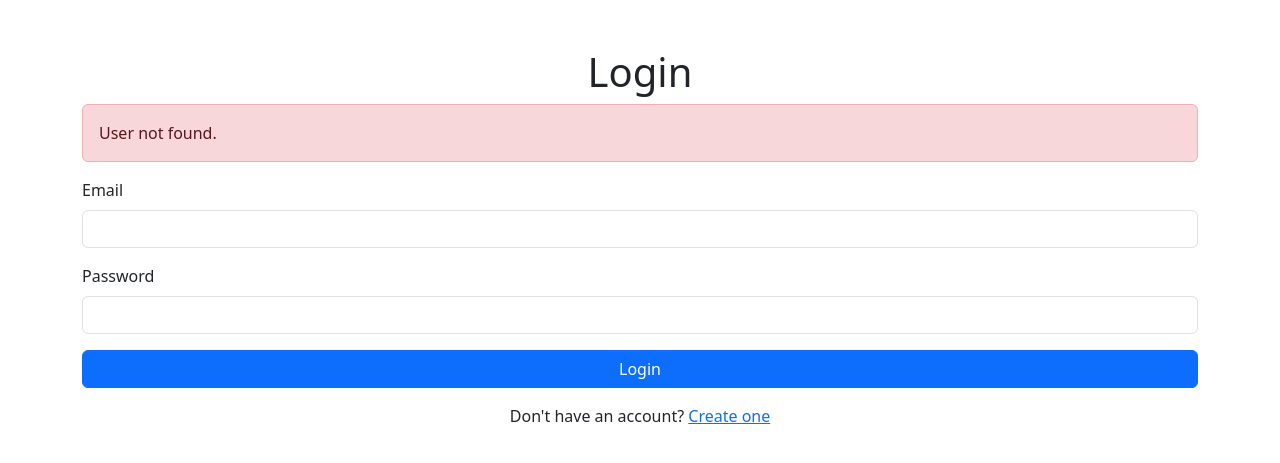
Repository: Abdulahi338/Book-management-system
Page: http://localhost/book/login.php
An editor plug-in stored every save of this project. The page is shown before and after the next save, followed by the edit.
The browser window is 1280 px wide. The pictures show the whole page.
The page is run by PHP 8.4 with error messages shown; the project is at /var/www/html/.

Above is the page before, as saved 2024-08-22 18:42:05.

### login.php
<?php
session_start();
include "conn.php"; // Include your database connection
$error = ""; // Initialize error variable

if (isset($_POST['Login'])) {
    $email = $_POST['email'];
    $password = $_POST['password'];
    $id='';

    // Fetch the user from the database
    $sql = $conn->Query("SELECT * FROM users WHERE email = ?");
    if($sql){
    $result = $sql->get_result();
    $user = $result->fetch_assoc();
    $id = $user['id'];
  }

// Fetch the role of the user
        $sql2 = $conn->Query("SELECT role_name FROM roles WHERE user_id =$id");
        if($sql2){
            $roleResult = $sql2->get_result();
            $role_name = $role['role_name'];
        }
         // Verify the password
        if (password_verify($password, $user['password'])) {
            // Set session variables
            $_SESSION['user_id'] = $user['id'];
            $_SESSION['email'] = $user['email'];
            $_SESSION['role'] = $role_name;

            // Redirect to dashboard
            header("Location: index.php");
            exit();
        } else {
            $error = "Invalid password.";
        }
    } else {
        $error = "User not found.";
    }

?>

<!DOCTYPE html>
<html lang="en">
<head>
    <meta charset="UTF-8">
    <meta name="viewport" content="width=device-width, initial-scale=1.0">
    <title>Login</title>
    <link rel="stylesheet" href="https://cdn.jsdelivr.net/npm/bootstrap@5.3.0/dist/css/bootstrap.min.css">
</head>
<body>
<div class="container mt-5">
    <h1 class="text-center">Login</h1>
    <?php if ($error): ?>
        <div class="alert alert-danger"><?php echo $error; ?></div>
    <?php endif; ?>
    <form method="POST" action="">
        <div class="mb-3">
            <label for="email" class="form-label">Email</label>
            <input type="email" class="form-control" id="email" name="email" required>
        </div>
        <div class="mb-3">
            <label for="password" class="form-label">Password</label>
            <input type="password" class="form-control" id="password" name="password" required>
        </div>
        <button type="submit" name="Login" class="btn btn-primary w-100">Login</button>
        <p class="mt-3 text-center">Don't have an account? <a href="register.php">Create one</a></p>
    </form>
</div>
<script src="https://cdn.jsdelivr.net/npm/bootstrap@5.3.0/dist/js/bootstrap.bundle.min.js"></script>
</body>
</html>

### conn.php
<?php

$conn = new mysqli("localhost", "root", "", "libray1");

// Check connection
if ($conn->connect_error) {
    die("Connection failed: " . $conn->connect_error);
}

?>

After the next save:
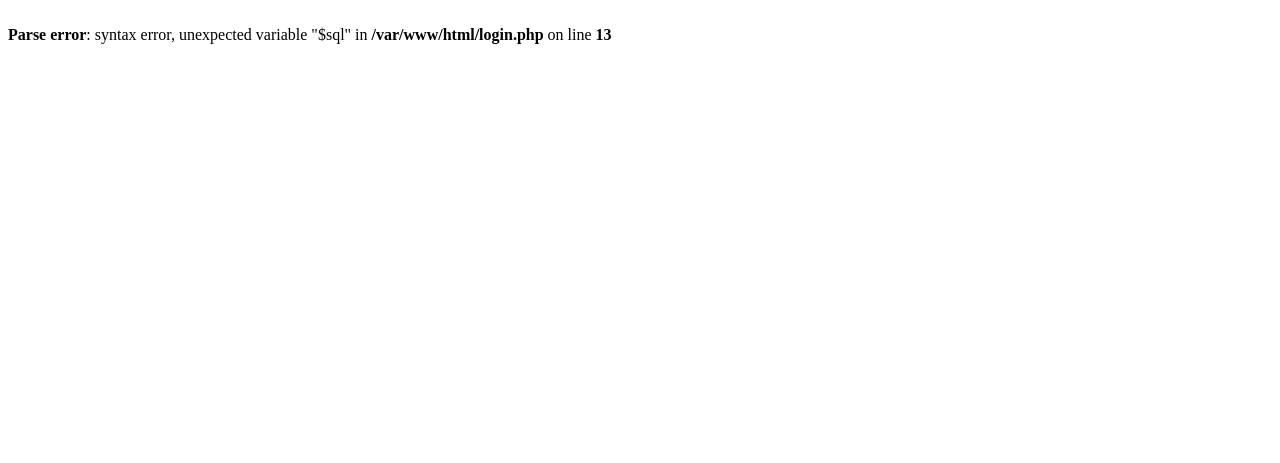
Saved 10 s later.
--- a/login.php
+++ b/login.php
@@ -7,6 +7,7 @@
     $email = $_POST['email'];
     $password = $_POST['password'];
     $id='';
+    $role_name
 
     // Fetch the user from the database
     $sql = $conn->Query("SELECT * FROM users WHERE email = ?");

After the save that followed:
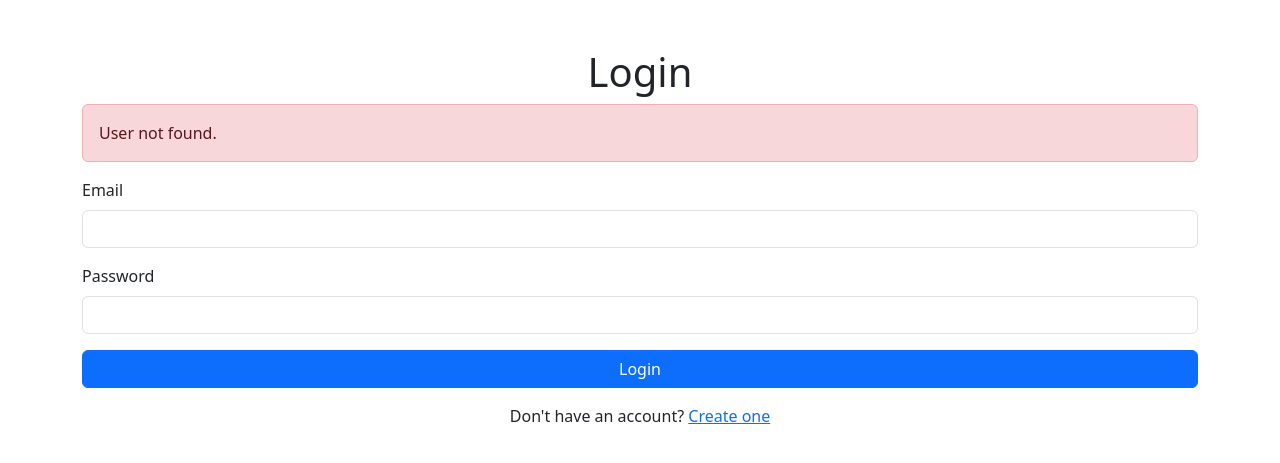
Saved 9 s later.
--- a/login.php
+++ b/login.php
@@ -7,7 +7,7 @@
     $email = $_POST['email'];
     $password = $_POST['password'];
     $id='';
-    $role_name
+    $role_name='';
 
     // Fetch the user from the database
     $sql = $conn->Query("SELECT * FROM users WHERE email = ?");
